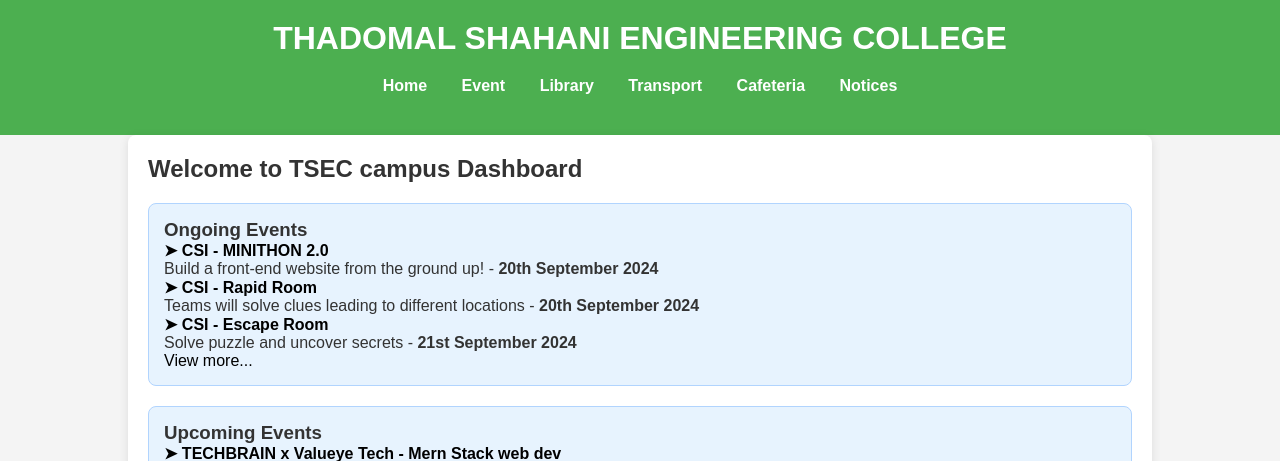
Repository: TejasS1233/MINITHON-hackathon-project
Page: Omar.html
These files come from the project's save history. The page is drawn as it stood at one moment and after the next save; the edit follows.
The browser window is 1280 px wide. The pictures show the part of the page from y = 0 to 461 px (the page is 1237 px tall).
A picture or video elsewhere on the page could not be fetched, so the positions and the page height are approximate.

Above is the page before, as saved 2024-09-20 09:54:21.

After the next save:
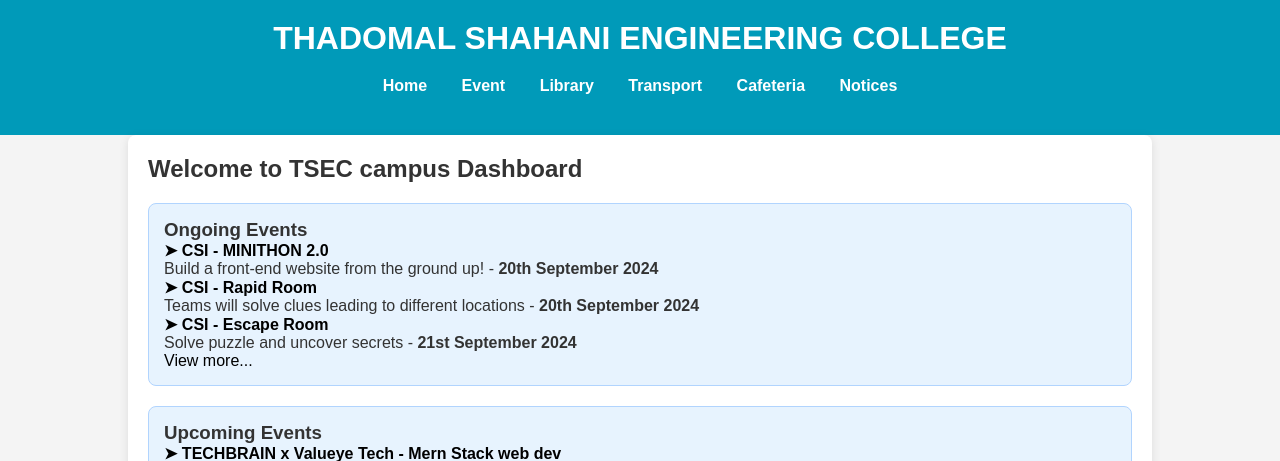
Saved 5 s later.
--- a/Omar.html
+++ b/Omar.html
@@ -14,7 +14,7 @@
             padding: 0;
         }
         header {
-            background-color: #4CAF50;
+            background-color: #009ab9;
             color: white;
             padding: 20px;
             text-align: center;
